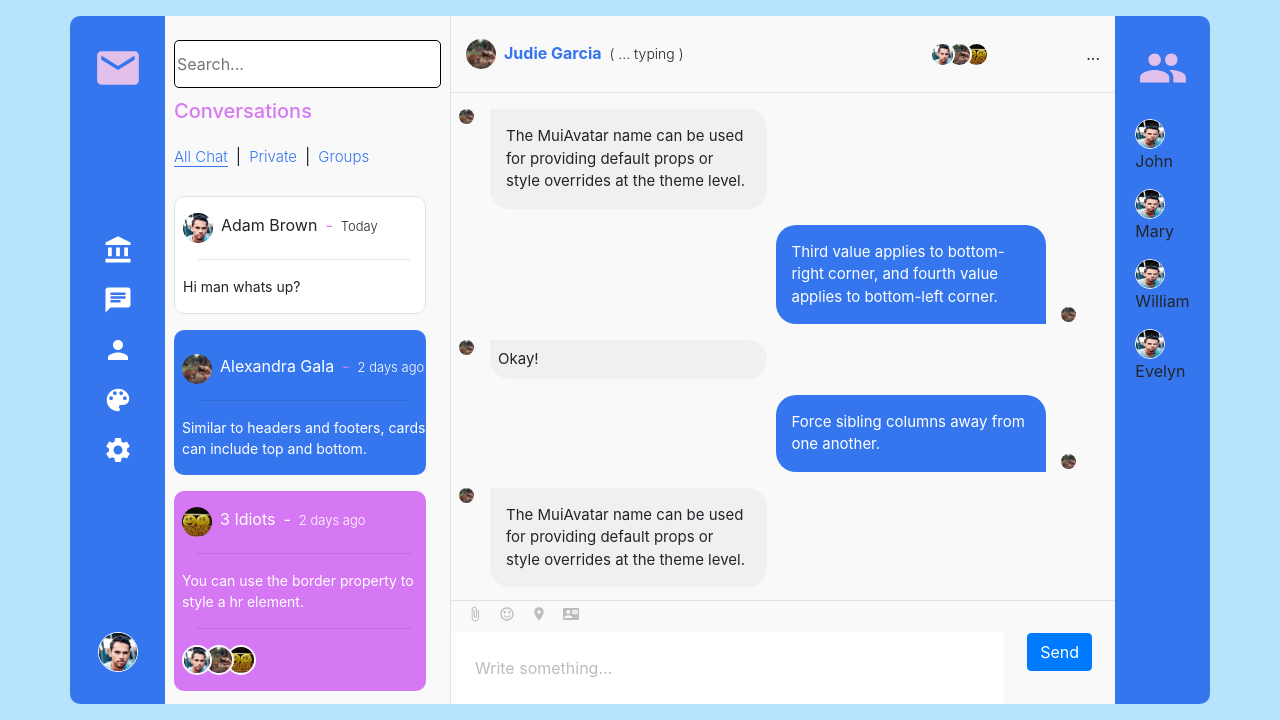
Repository: arafat877/super-chat
Page: /#/chat
The author's editor kept a copy of each file at every save. The page is drawn from the files as they stood at one save, then again after the next save.
The browser window is 1280 px wide. The pictures show the whole page.
The project was rebuilt for these pictures with package versions that can differ from the ones it lists, and the page was loaded fresh each time. Also part of the build but not shown: src/pages/register/Register.scss, src/components/formInput/FormInput.js, src/pages/register/Register.js, src/pages/login/Login.scss, src/pages/login/Login.js, src/pages/profile/Profile.js.

Above is the page before, as saved 2020-08-07 15:35:51.

After the next save:
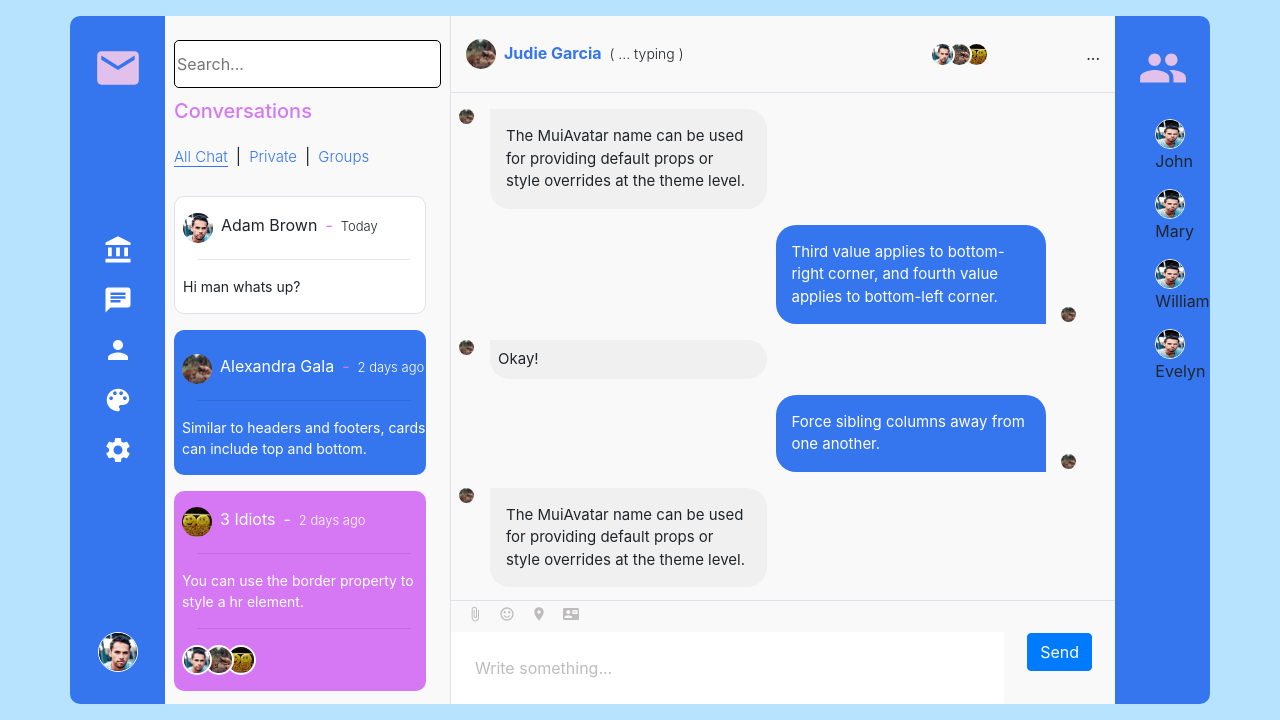
Saved 27 s later.
--- a/src/pages/chat/Chat.js
+++ b/src/pages/chat/Chat.js
@@ -298,7 +298,7 @@ const Chat = () => {
               <People className="logo m-auto" />
             </div>
             <div className="row friendsRow">
-              <ul className="friendList m-auto p-0">
+              <ul className="friendList m-auto">
                 <li className="friendListItem">
                   <img
                     className="m-auto friendListItemPhoto"

After the save that followed:
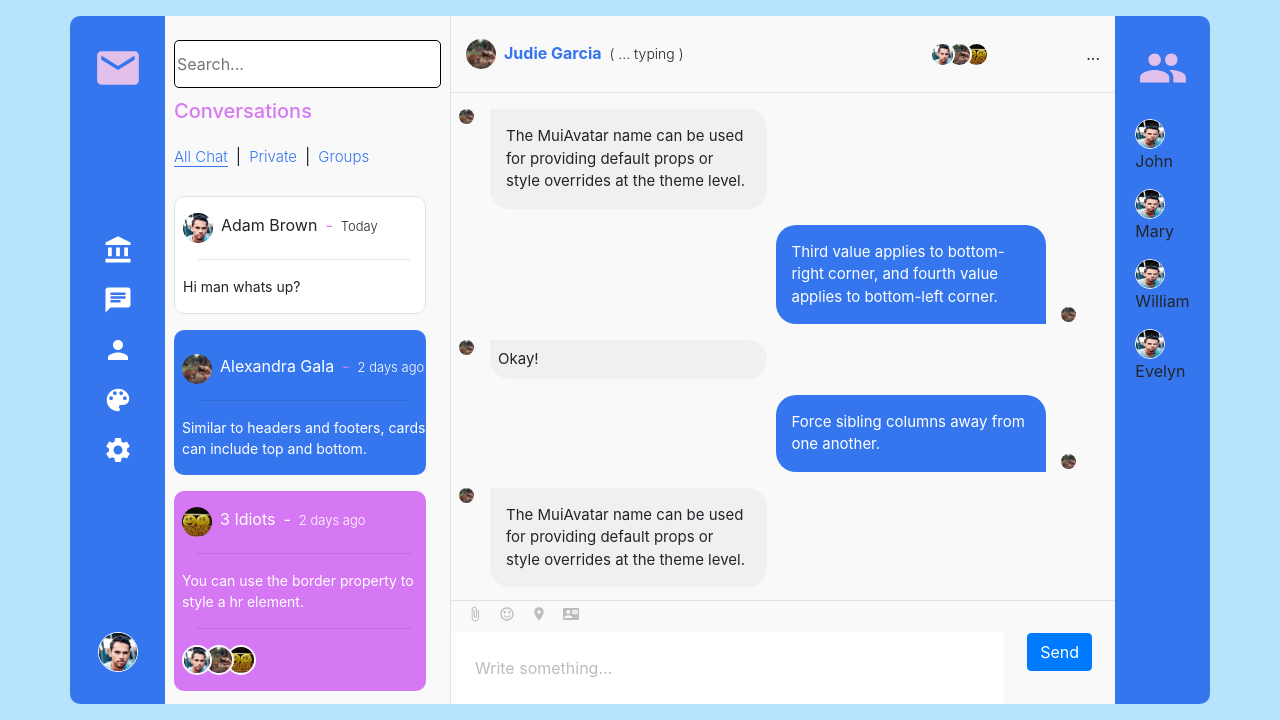
Saved 8 s later.
--- a/src/pages/chat/Chat.js
+++ b/src/pages/chat/Chat.js
@@ -298,7 +298,7 @@ const Chat = () => {
               <People className="logo m-auto" />
             </div>
             <div className="row friendsRow">
-              <ul className="friendList m-auto">
+              <ul className="friendList m-auto p-0">
                 <li className="friendListItem">
                   <img
                     className="m-auto friendListItemPhoto"
